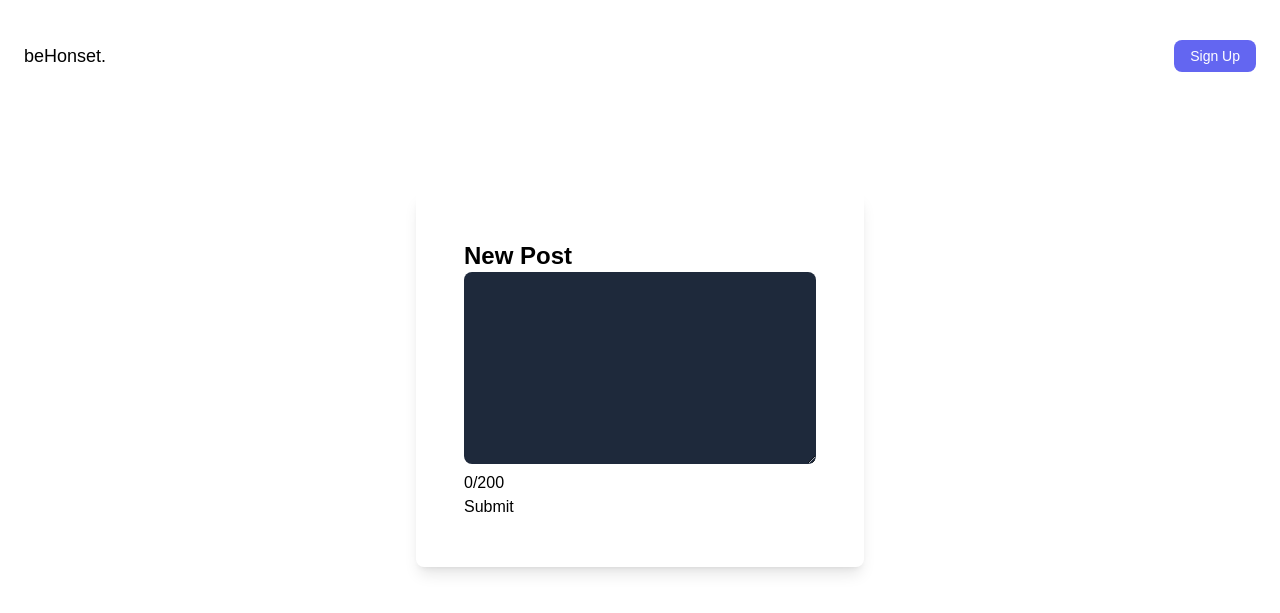
Repository: aidenfine/be-honset
Page: /new-post
These files come from the project's save history. The page is drawn as it stood at one moment and after the next save; the edit follows.
The browser window is 1280 px wide. The pictures show the whole page.
The page's requests for data from a server got no answer. The project was rebuilt for these pictures with package versions that can differ from the ones it lists, and the page was loaded fresh each time. The framework's server and built-in components were replaced by stand-ins that run in the browser. No one was signed in, and anything a server would have sent is missing. Also part of the build but not shown: next.config.js.

Above is the page before, as saved 2022-10-26 20:05:32.

After the next save:
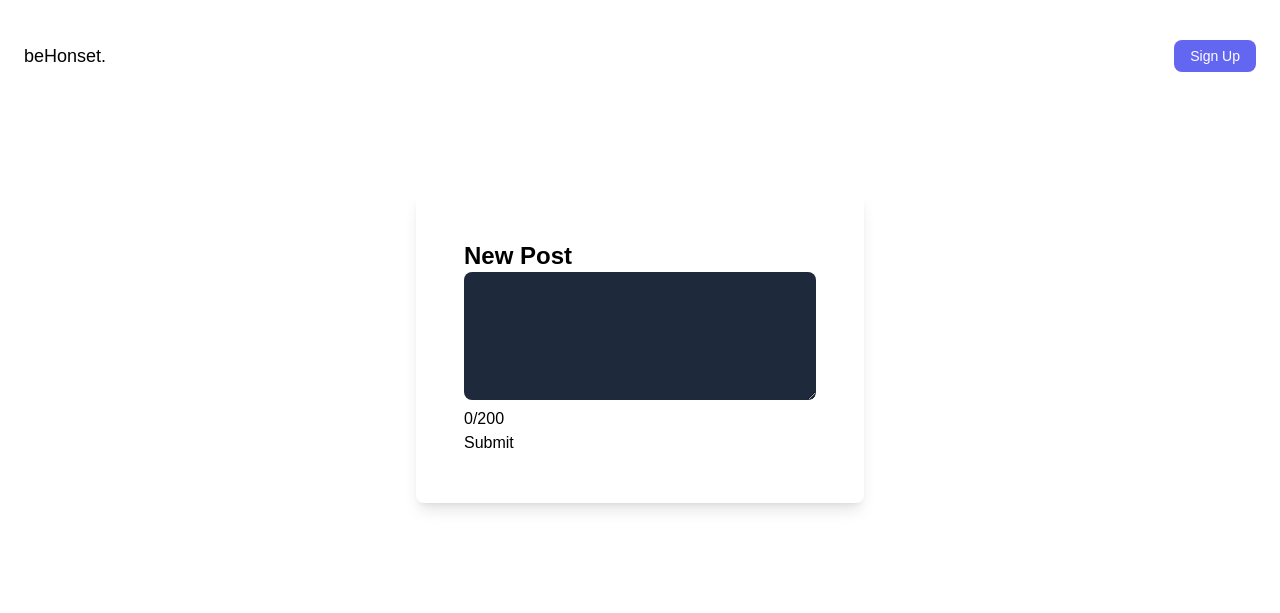
Saved 11 s later.
--- a/pages/new-post.js
+++ b/pages/new-post.js
@@ -11,7 +11,7 @@
             <form>
                 <h1 className='text-2xl font-bold'>New Post</h1>
                 <div>
-                    <textarea className='bg-slate-800 h-48 w-full text-white rounded-lg text-sm p-1'></textarea>
+                    <textarea className='bg-slate-800 h-32 w-full text-white rounded-lg text-sm p-1'></textarea>
                     <p>0/200</p>
                 </div>
                 <button>Submit</button>
